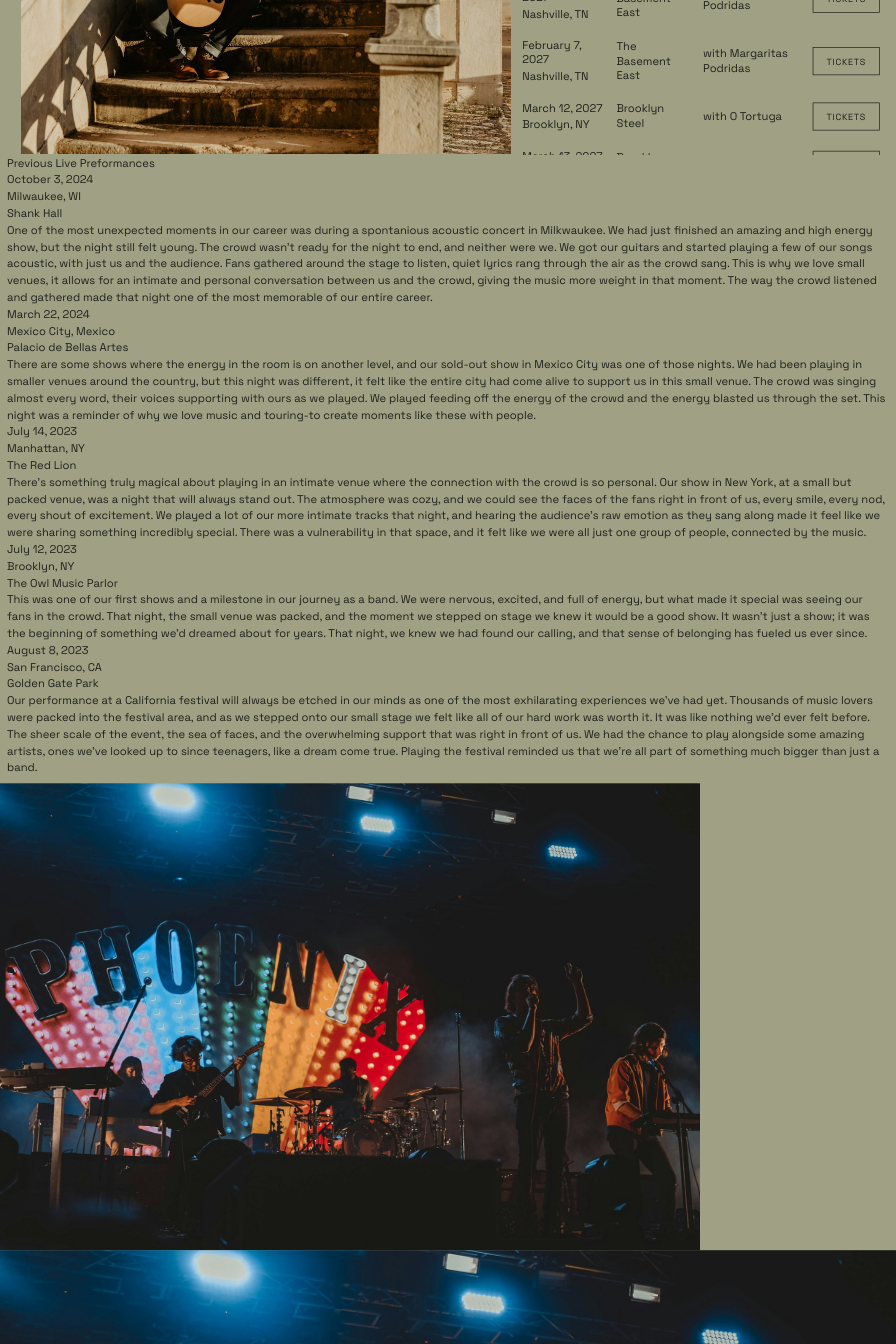
Repository: lime929/voices-del-viento
Page: /tour
An editor plug-in stored every save of this project. The page is shown before and after the next save, followed by the edit.
The browser window is 1280 px wide. The pictures show the part of the page from y = 770 to 2690 px (the page is 9957 px tall before and 11809 px after), at 70% of full size.
An inner scrolling area shows only its first screen. The project was rebuilt for these pictures with package versions that can differ from the ones it lists, and the page was loaded fresh each time. The framework's server and built-in components were replaced by stand-ins that run in the browser. Also part of the build but not shown: next.config.mjs.

Above is the page before, as saved 2026-09-14 15:54:07.

After the next save:
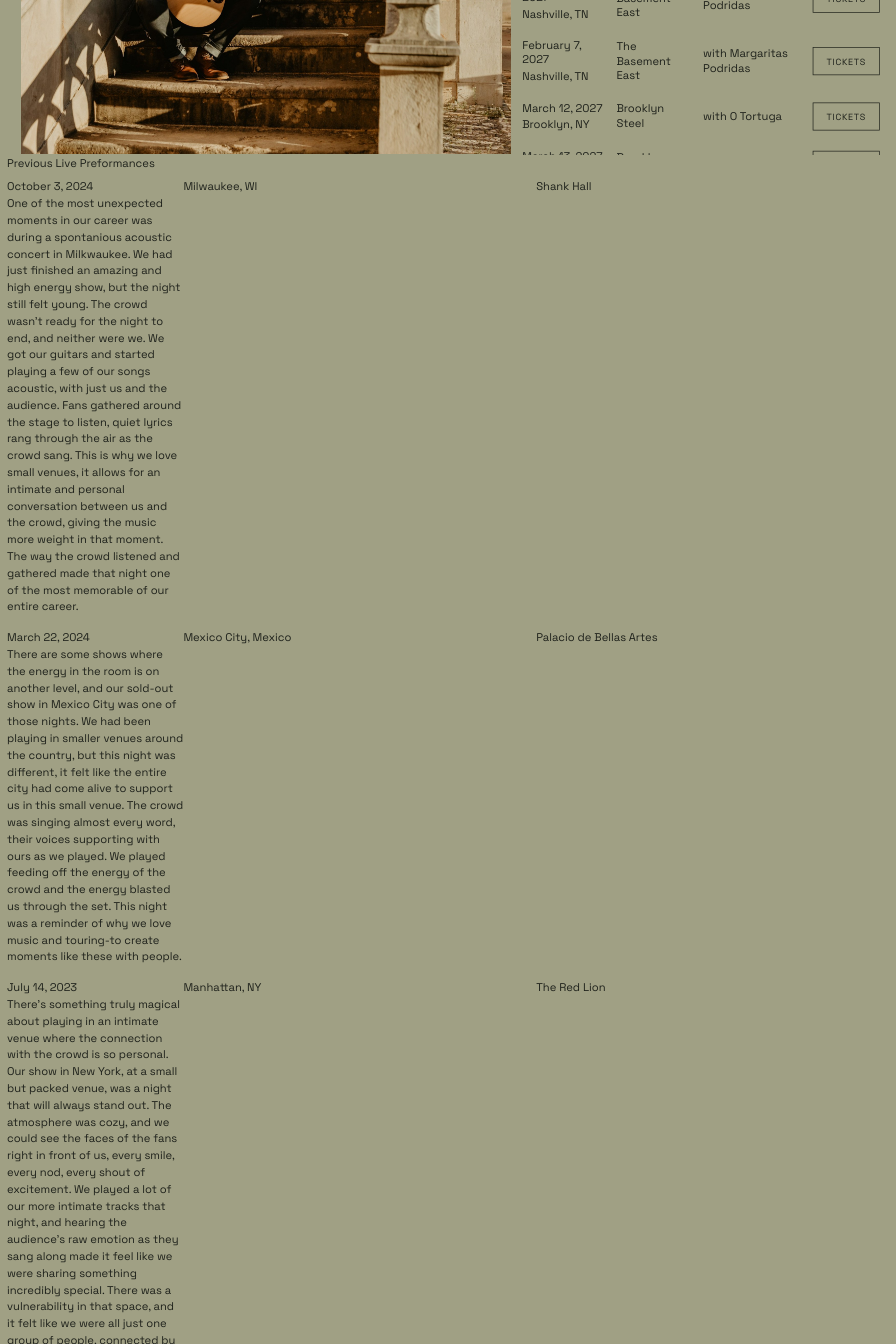
Saved 40 min 14 s later.
--- a/app/tour/page.module.css
+++ b/app/tour/page.module.css
@@ -123,6 +123,31 @@
   }
 }
 
+/* Past tour dates */
+.pastTour {
+  display: grid;
+  grid-template-columns: 1fr 2fr 2fr;
+  padding: 10px 0;
+  /* border-bottom: 3px solid var(--second); */
+}
+
+.tourDate {
+
+}
+
+.tourLocation {
+
+}
+
+.tourVenue {
+
+}
+
+.tourDescription {
+
+}
+
+
 /* Tour Gallery */
 .tourGalleryImage {
   width: 100%;

After the save that followed:
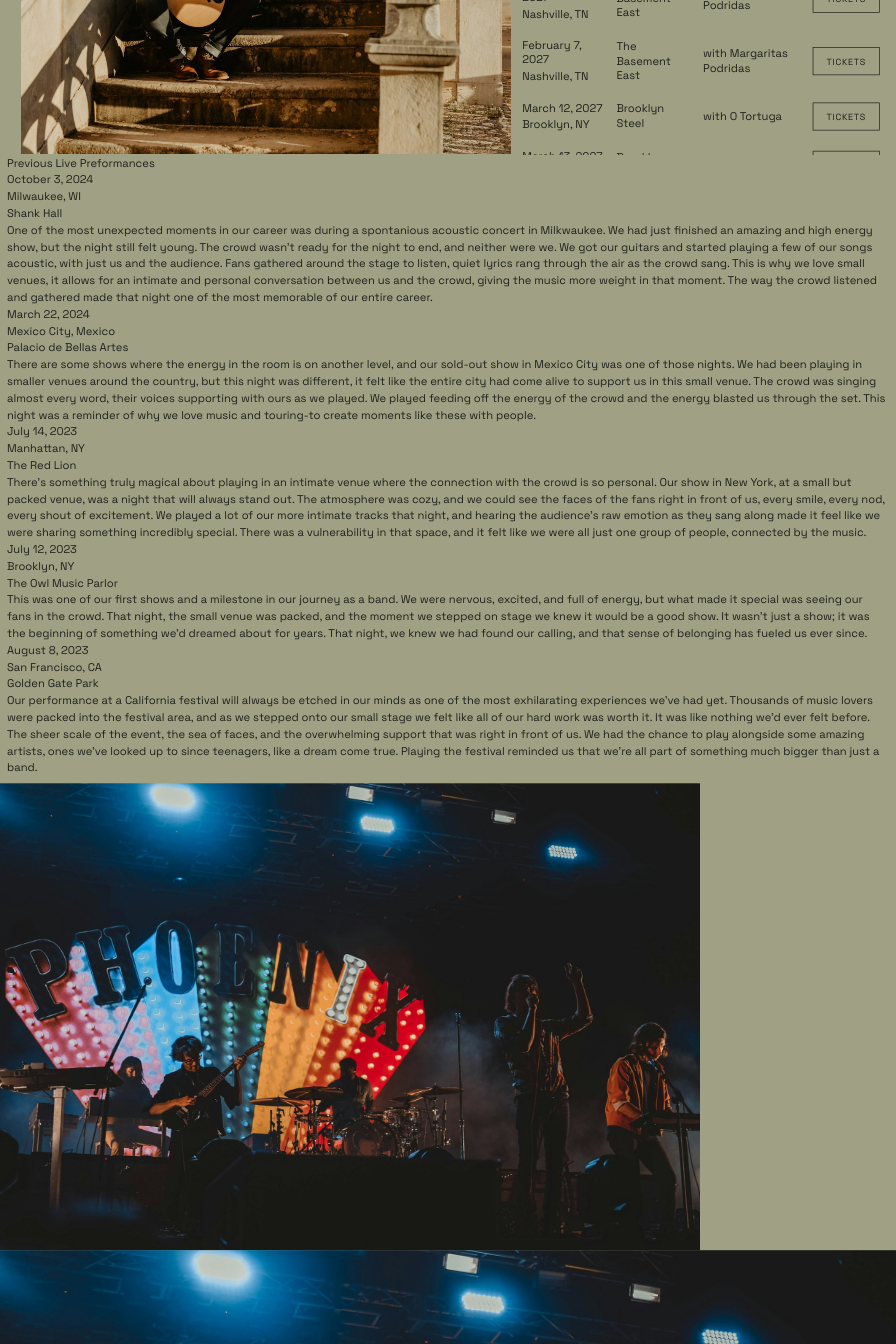
Saved 104 s later.
--- a/app/tour/page.module.css
+++ b/app/tour/page.module.css
@@ -125,9 +125,9 @@
 
 /* Past tour dates */
 .pastTour {
-  display: grid;
+  /* display: grid;
   grid-template-columns: 1fr 2fr 2fr;
-  padding: 10px 0;
+  padding: 10px 0; */
   /* border-bottom: 3px solid var(--second); */
 }
 
